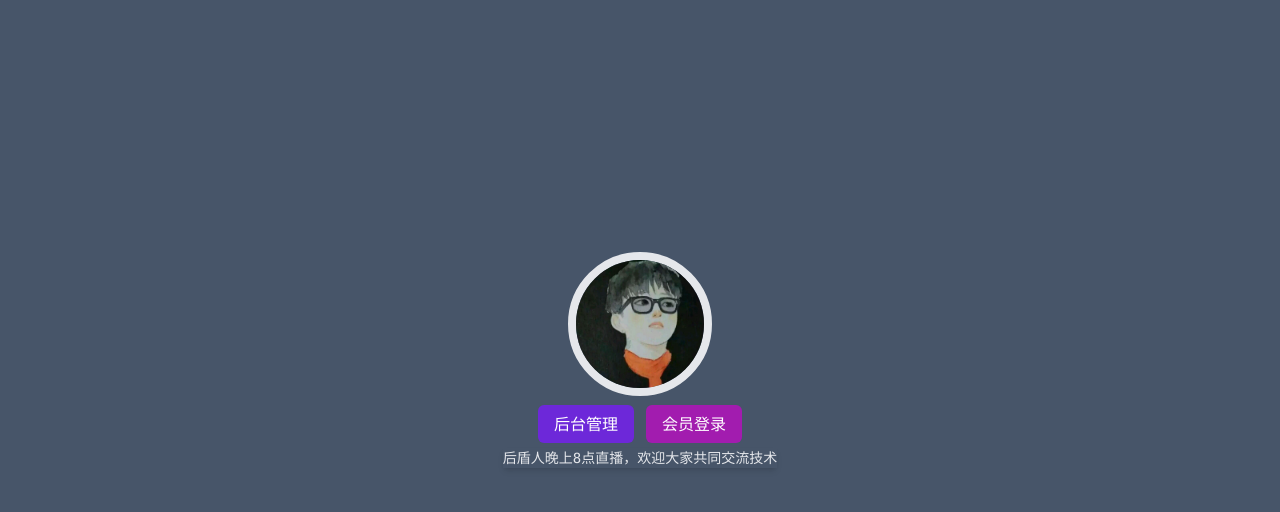
Repository: liangyingbo/vite-vue-TS
Page: /#/home
The author's editor kept a copy of each file at every save. The page is drawn from the files as they stood at one save, then again after the next save.
The browser window is 1280 px wide. The pictures show the whole page.
The project was rebuilt for these pictures with package versions that can differ from the ones it lists, and the page was loaded fresh each time. Also part of the build but not shown: vite.config.ts, src/components/form/HdButton.vue, src/components/form/HdInput.vue, src/components/form/hdLink.vue.

Above is the page before, as saved 2022-11-16 22:26:36.

After the next save:
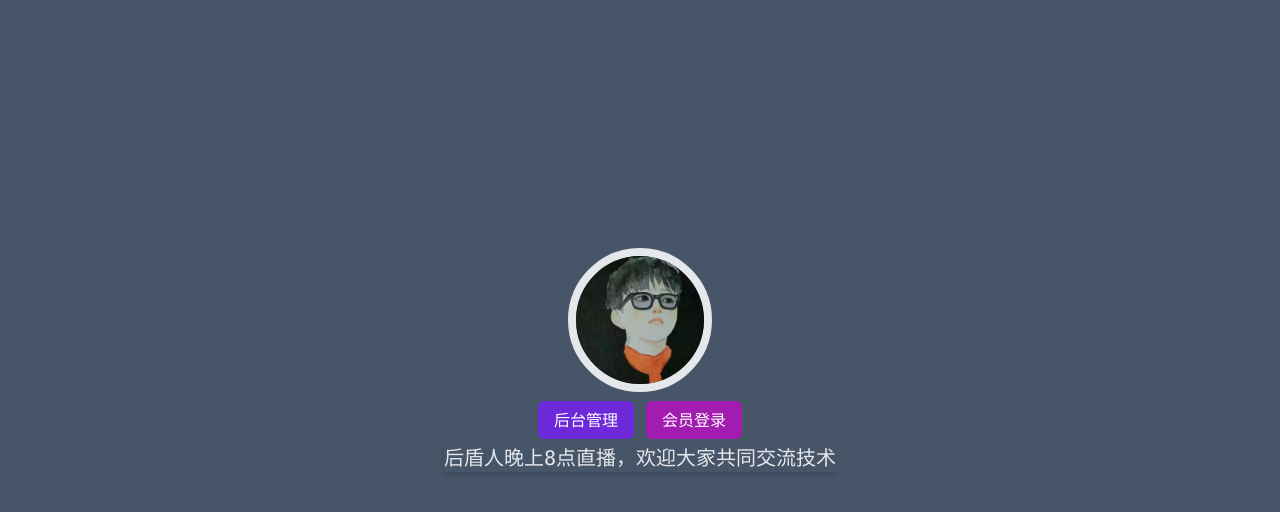
Saved 35 s later.
--- a/src/views/home.vue
+++ b/src/views/home.vue
@@ -13,7 +13,7 @@
       <router-link to="" class="hd-button hd-danger ml-3">会员登录</router-link>
     </div>
 
-    <span class="text-gray-200 text-sm mt-3 font-mono shadow-md"
+    <span class="text-gray-200 text-xl mt-3 font-mono shadow-md"
       >后盾人晚上8点直播，欢迎大家共同交流技术</span
     >
   </div>

After the save that followed:
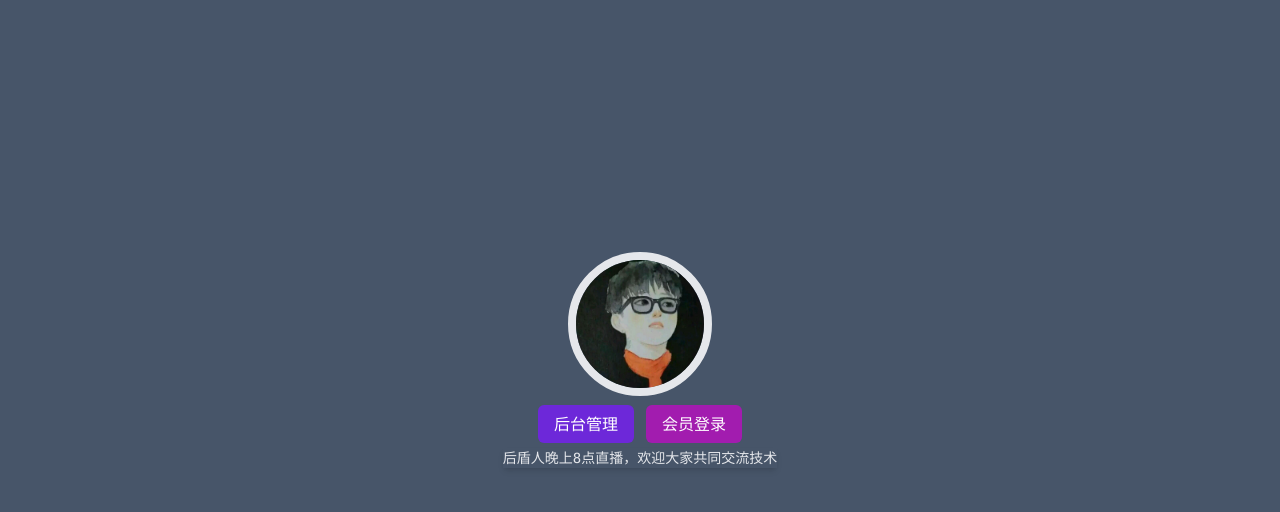
Saved 4 s later.
--- a/src/views/home.vue
+++ b/src/views/home.vue
@@ -13,7 +13,7 @@
       <router-link to="" class="hd-button hd-danger ml-3">会员登录</router-link>
     </div>
 
-    <span class="text-gray-200 text-xl mt-3 font-mono shadow-md"
+    <span class="text-gray-200 text-sm mt-3 font-mono shadow-md"
       >后盾人晚上8点直播，欢迎大家共同交流技术</span
     >
   </div>
